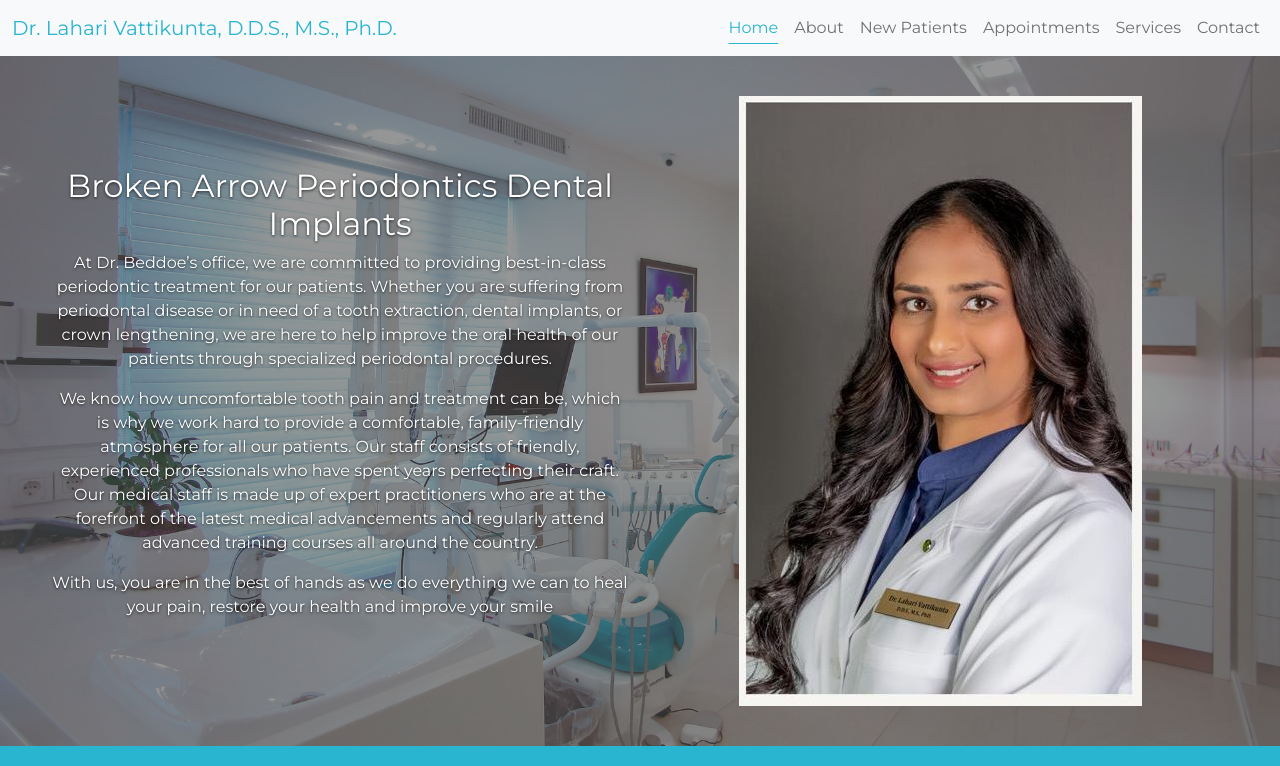
Repository: vineetha2438/baperio
Page: index.html
These files come from the project's save history. The page is drawn as it stood at one moment and after the next save; the edit follows.
The browser window is 1280 px wide. The pictures show the part of the page from y = 0 to 766 px (the page is 1193 px tall).
Pictures or frames that could not be fetched are drawn as grey boxes.

Above is the page before, as saved 2022-11-14 20:31:03.

### index.html
<!DOCTYPE html>
<html lang="en">

<head>
  <meta charset="utf-8">
  <meta name="viewport" content="width=device-width, initial-scale=1">
  <title>Broken Arrow Periodontics Dental Implants</title>
  <link href="https://cdn.jsdelivr.net/npm/bootstrap@5.2.2/dist/css/bootstrap.min.css" rel="stylesheet" integrity="sha384-Zenh87qX5JnK2Jl0vWa8Ck2rdkQ2Bzep5IDxbcnCeuOxjzrPF/et3URy9Bv1WTRi"
    crossorigin="anonymous">
  <link href='https://fonts.googleapis.com/css?family=Montserrat' rel='stylesheet'>
  <link rel="stylesheet" href="index.css">
  <style>
    body {
      font-family: 'Montserrat' !important;
      font-weight: 400 !important;
    }
  </style>
</head>

<body>
  <nav class="navbar navbar-expand-lg sticky-top bg-light">
    <div class="container-fluid">
      <!-- <a class="navbar-brand" href="#">Navbar</a> -->
      <p class="navbar-brand mb-0 h1 theme-blue doctor-name">Dr. Lahari Vattikunta, D.D.S., M.S., Ph.D. </p>
      <button class="navbar-toggler" type="button" data-bs-toggle="collapse" data-bs-target="#navbarSupportedContent" aria-controls="navbarSupportedContent"
        aria-expanded="false" aria-label="Toggle navigation">
        <span class="navbar-toggler-icon"></span>
      </button>
      <div class="collapse navbar-collapse" id="navbarSupportedContent">
        <ul class="navbar-nav me-auto mb-2 mb-lg-0 auto-ml-0-mr">
          <li class="nav-item">
            <a class="nav-link active theme-blue" aria-current="page" href="index.html">Home</a>
          </li>
          <li class="nav-item">
            <a class="nav-link" href="about.html">About</a>
          </li>
          <li class="nav-item">
            <a class="nav-link" href="#">New Patients</a>
          </li>
          <li class="nav-item">
            <a class="nav-link" href="#">Appointments</a>
          </li>
          <li class="nav-item">
            <a class="nav-link" href="#">Services</a>
          </li>
          <li class="nav-item">
            <a class="nav-link" href="#">Contact</a>
          </li>
        </ul>
      </div>
    </div>
  </nav>
  <div class="container-fluid text-center">
    <div class="row section-one">
      <div class="bg-wrap">
        <div class="clinic-bg" data-image="clinic_bg.jpeg"></div>
      </div>
      <div class="col-sm-12 col-md-6">
        <h2>Broken Arrow Periodontics Dental Implants</h2>
        <p>At Dr. Beddoe’s office, we are committed to providing best-in-class periodontic treatment for our patients. Whether
          you are suffering from periodontal disease or in need of a tooth extraction, dental implants, or crown lengthening,
          we are here to help improve the oral health of our patients through specialized periodontal procedures.</p>

        <p>We know how uncomfortable tooth pain and treatment can be, which is why we work hard to provide a comfortable, family-friendly
          atmosphere for all our patients. Our staff consists of friendly, experienced professionals who have spent years
          perfecting their craft. Our medical staff is made up of expert practitioners who are at the forefront of the latest
          medical advancements and regularly attend advanced training courses all around the country.</p>

        <p>With us, you are in the best of hands as we do everything we can to heal your pain, restore your health and improve
          your smile</p>
      </div>
      <div class="col-sm-12 col-md-6">
        <img src="doctor.jpg" class="img-fluid" />
      </div>
    </div>
    <div class="row section-two">
      <div class="col-sm-12 col-md-8">
        <iframe width="100%" height="400" style="border:0" loading="lazy" allowfullscreen src="https://www.google.com/maps/embed/v1/place?q=place_id:ChIJyRawy1yJtocRh_F18mScycc&key=AIzaSyBI_0zjp4JADz1UB3cWW_qMaZcca-Qk-s0"></iframe>
      </div>
      <div class="col-sm-12 col-md-4 address-card">
        <h2>Address</h2>
        <p class="address">2619 S Elm Pl <br/> Broken Arrow, OK 74012 <br/> US</p>

        <h2>Phone</h2>
        <p class="phone-number">(918)451-2717</p>

        <h2>Email</h2>
        <p class="email">lahariv@baperio.com</p>
      </div>
    </div>
  </div>
  <script src="https://cdn.jsdelivr.net/npm/bootstrap@5.2.2/dist/js/bootstrap.bundle.min.js" integrity="sha384-OERcA2EqjJCMA+/3y+gxIOqMEjwtxJY7qPCqsdltbNJuaOe923+mo//f6V8Qbsw3"
    crossorigin="anonymous"></script>


</body>

</html>

### index.css
.theme-blue {
  color: rgb(41,180,207) !important;
}

.auto-ml-0-mr {
  margin-left: auto !important;
  margin-right: 0 !important;
}

.nav-link.active {
  text-decoration: underline;
  text-underline-offset: 10px;
}

.clinic-bg {
  opacity: 0.4;
  position: absolute;
  left: 0;
  top: 0;
  width: 100%;
  height: auto;
  background-image: url('./clinic_bg.jpeg');
  right: 0;
  bottom: 0;
  background-repeat: no-repeat;
  background-attachment: scroll;
  background-position: center center;
  background-size: cover;
}

.doctor-name {
  overflow: hidden;
  text-overflow: ellipsis;
}

.section-one {
  position: relative;
  padding: 40px;
  color: white;
  align-items: center;
  text-shadow: rgb(0 0 0 / 70%) 0px 1px 3px;
}

.bg-wrap {
  position: absolute;
  top: 0;
  left: 0;
  right: 0;
  z-index: -1;
  bottom: 0;
  overflow: hidden;
  background-color: rgb(80,80,80);
}

.section-one h2{
  font-weight: 400;
}

.section-two {
  padding: 20px 5px;
  text-align: left;
  background-color: rgb(41,180,207);
}

After the next save:
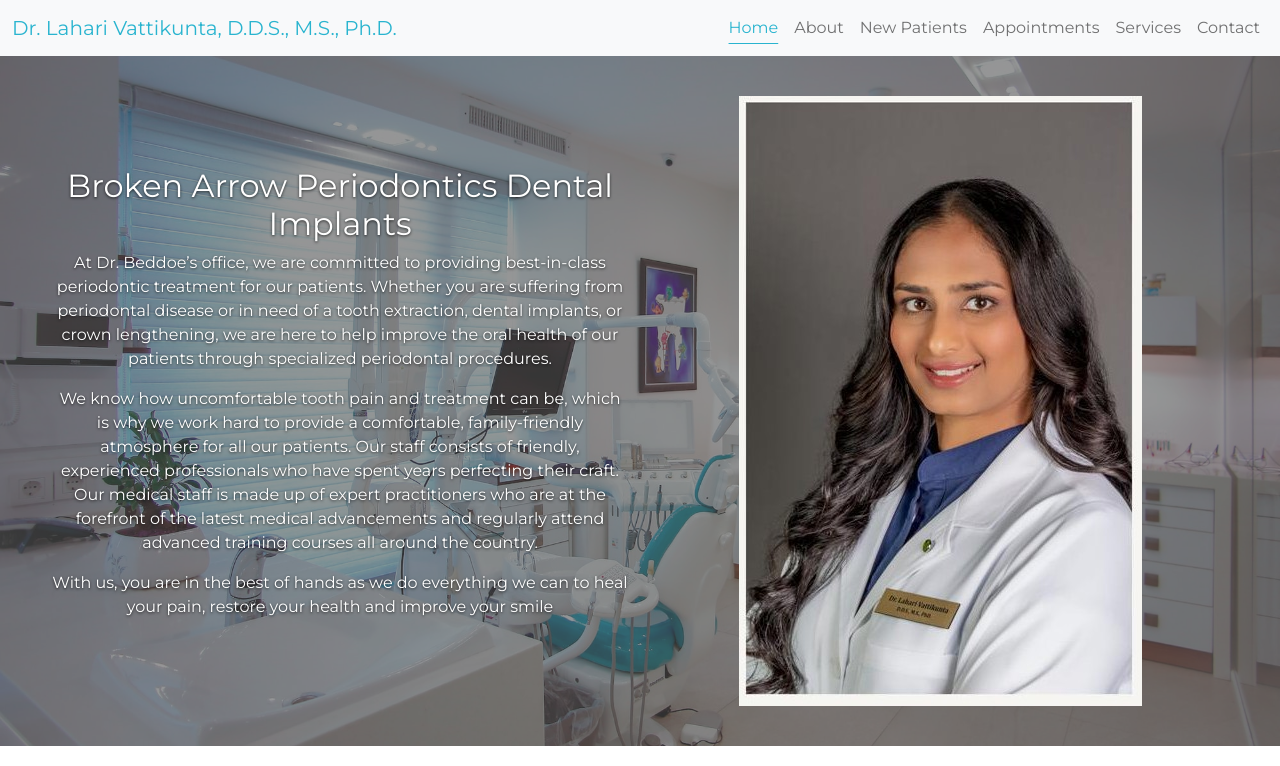
Saved 24 s later.
--- a/index.css
+++ b/index.css
@@ -59,5 +59,8 @@
 .section-two {
   padding: 20px 5px;
   text-align: left;
+}
+
+.section-two .address-card {
   background-color: rgb(41,180,207);
 }
